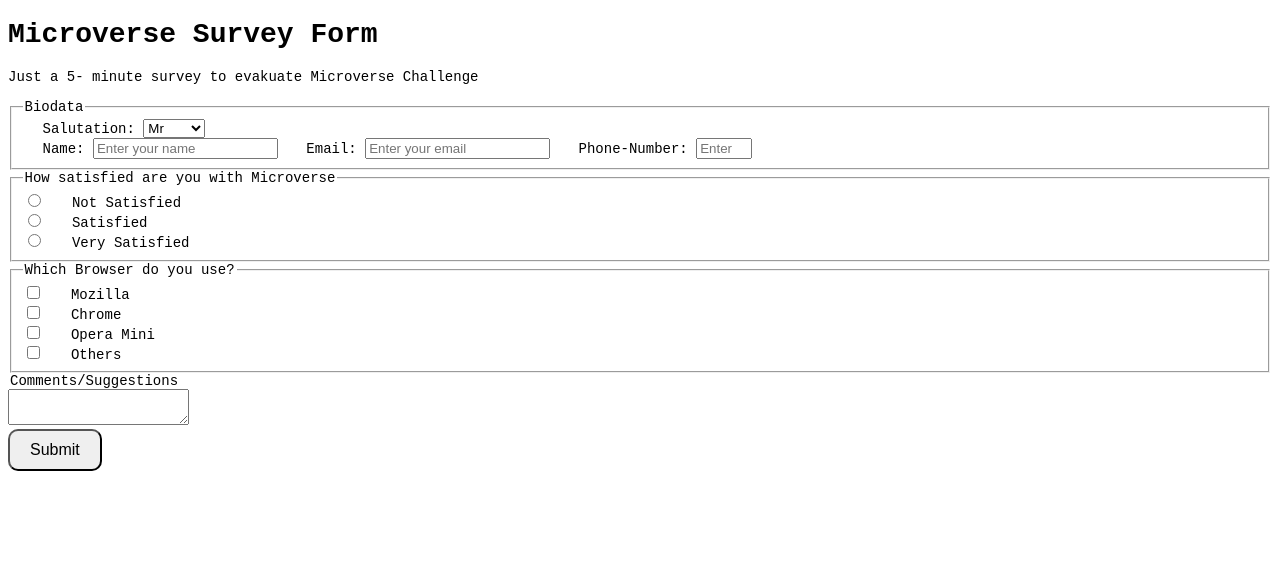
Repository: ahmedmeshref/Microverse-project
Page: index.html
An editor plug-in stored every save of this project. The page is shown before and after the next save, followed by the edit.
The browser window is 1280 px wide. The pictures show the whole page.

Above is the page before, as saved 2019-03-29 15:44:01.

After the next save:
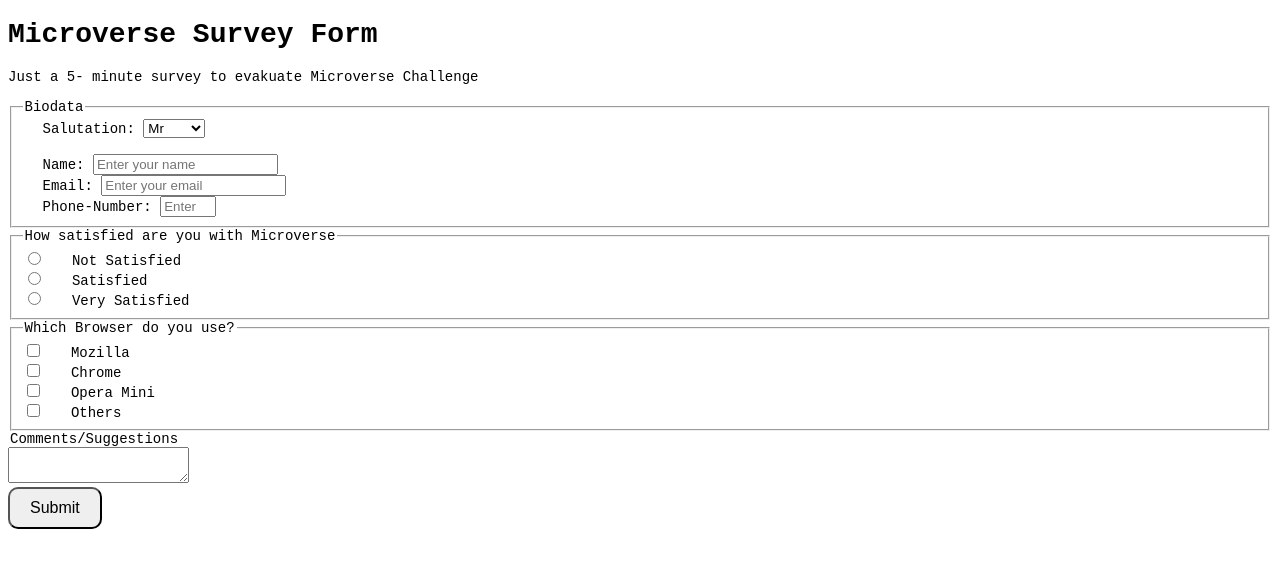
Saved 70 s later.
--- a/index.html
+++ b/index.html
@@ -19,13 +19,13 @@
         <option> Mrs</option>
         <option> Miss</option>
         <option>Others</option>
-    </select></br>
+    </select></br><br/>
 
     <label id="name-label" name="name" for="name">Name: </label>
-    <input type="text"  id="name-label" name="name" placeholder="Enter your name" required>
+    <input type="text"  id="name-label" name="name" placeholder="Enter your name" required><br/>
 
     <label id="email-label" for="email">Email: </label>
-    <input type="email"  id="email-label" placeholder="Enter your email" required>
+    <input type="email"  id="email-label" placeholder="Enter your email" required><br/>
 
     <label id="phone-label"  for="phone-number">Phone-Number: </label>
     <input type="number"  id="phone-label" placeholder="Enter your Phone Number" required min="6" max="20">
